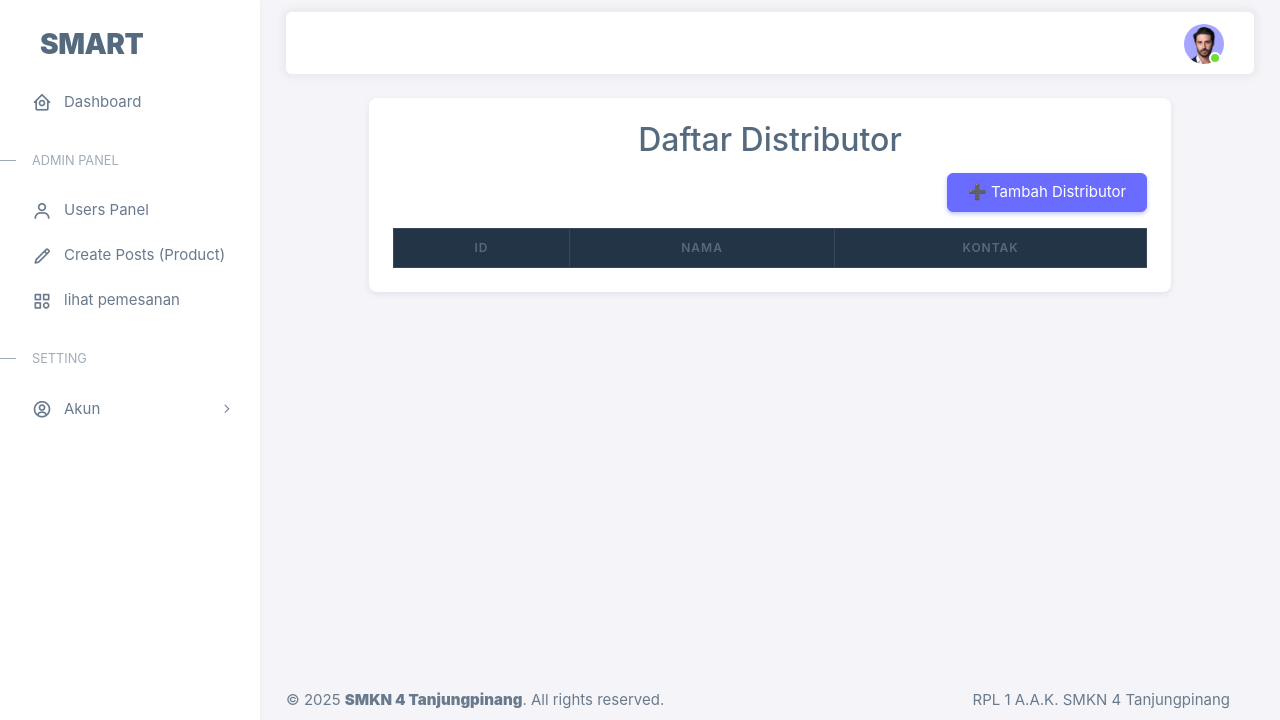
Repository: athalantis/SMart
Page: http://localhost/distributor.php
An editor plug-in stored every save of this project. The page is shown before and after the next save, followed by the edit.
The browser window is 1280 px wide. The pictures show the whole page.
Some web fonts or font styles are not loaded; a fallback is used. The page is run by PHP 8.4 with error messages shown; the project is at /var/www/html/. The session is filled in as if someone had signed in: {"username": "testuser", "name": "Test User", "role": "admin", "user_id": 1}. Other server files are loaded and not shown. Queries for data that is not in the repository find no rows.

Above is the page before, as saved 2025-03-28 13:09:09.

### distributor.php
<?php
include ("config.php"); // Koneksi database
include (".includes/header.php");

$title = "Admin's Dashboard";

// Notifikasi (jika ada)
include '.includes/toast_notification.php';

// **Ambil Data Distributor**
$distributors = [];
$result = $conn->query("SELECT * FROM distributor");

if ($result->num_rows > 0) {
    while ($row = $result->fetch_assoc()) {
        $distributors[] = $row;
    }
}

// **Handle Insert Data Distributor**
if ($_SERVER["REQUEST_METHOD"] === "POST") {
    $nama = $_POST['nama'] ?? '';
    $kontak = $_POST['kontak'] ?? '';

    if (!empty($nama)) {
        $stmt = $conn->prepare("INSERT INTO distributor (nama, kontak) VALUES (?, ?)");
        $stmt->bind_param("ss", $nama, $kontak);

        if ($stmt->execute()) {
            echo "success";
        } else {
            echo "error: " . $stmt->error;
        }

        $stmt->close();
        $conn->close();
        exit;
    } else {
        echo "error: Nama tidak boleh kosong!";
        exit;
    }
}
?>

<div class="container-fluid mt-4">
    <div class="row justify-content-center">
        <div class="col-lg-10">
            <div class="card p-4">
                <h2 class="mb-3 text-center">Daftar Distributor</h2>
                <div class="d-flex justify-content-end mb-3">
                    <button onclick="openModal()" class="btn btn-primary">➕ Tambah Distributor</button>
                </div>

                <table class="table table-bordered table-striped table-hover">
                    <thead class="table-dark text-center">
                        <tr>
                            <th>ID</th>
                            <th>Nama</th>
                            <th>Kontak</th>
                        </tr>
                    </thead>
                    <tbody>
                        <?php foreach ($distributors as $d): ?>
                            <tr>
                                <td class="text-center"><?= $d['distributor_id'] ?></td>
                                <td><?= htmlspecialchars($d['nama']) ?></td>
                                <td class="text-center"><?= htmlspecialchars($d['kontak']) ?></td>
                            </tr>
                        <?php endforeach; ?>
                    </tbody>
                </table>
            </div>
        </div>
    </div>
</div>

<!-- Modal Tambah Distributor -->
<div class="modal fade" id="modalTambah" tabindex="-1">
    <div class="modal-dialog modal-dialog-centered">
        <div class="modal-content">
            <div class="modal-header">
                <h5 class="modal-title">Tambah Distributor</h5>
                <button type="button" class="btn-close" data-bs-dismiss="modal"></button>
            </div>
            <div class="modal-body">
                <form id="formTambah">
                    <div class="mb-3">
                        <label class="form-label">Nama Distributor</label>
                        <input type="text" name="nama" class="form-control" required>
                    </div>
                    <div class="mb-3">
                        <label class="form-label">Kontak</label>
                        <input type="text" name="kontak" class="form-control">
                    </div>
                    <div class="text-end">
                        <button type="button" onclick="tambahDistributor()" class="btn btn-success">Simpan</button>
                        <button type="button" class="btn btn-secondary" data-bs-dismiss="modal">Batal</button>
                    </div>
                </form>
            </div>
        </div>
    </div>
</div>

<script>
    function openModal() {
        let modal = new bootstrap.Modal(document.getElementById("modalTambah"));
        modal.show();
    }

    function tambahDistributor() {
        let form = document.getElementById("formTambah");
        let formData = new FormData(form);

        fetch("distributor.php", {
            method: "POST",
            body: formData
        })
        .then(response => response.text())
        .then(data => {
            if (data.trim() === "success") {
                alert("✅ Distributor berhasil ditambahkan!");
                location.reload();
            } else {
                alert("❌ Error: " + data);
            }
        })
        .catch(error => alert("❌ Request gagal: " + error));
    }
</script>

<?php include (".includes/footer.php"); ?>

### config.php
<?php

$host = "localhost";
$username = "root";
$password = "";
$database = "smart";

$conn = mysqli_connect($host, $username, $password, $database);

if ($conn->connect_error) {
    die("database gagal terkoneksi: " . $conn->connect_error);
}

?>

### .includes/header.php
<?php
// Memasukkan file konfigurasi database
include 'config.php';
// Memasukkan file init session
include "init_session.php";
?>

<!DOCTYPE html>
<html lang="en">
  <head>
    <meta charset="utf-8" />
    <meta name="viewport" content="width=device-width,
    initial-scale=1.0, user-scalable=no, minimum-scale=1.0, maximum-scale=1.0"
    />

    <title>Dashboard &mdash; SMart Market</title>
    <!-- Favicon -->
    <link rel="icon" type="image/x-icon" href="assets/img/favicon/favicon.ico" />
    <!-- Fonts -->
    <link href="https://fonts.googleapis.com/css2?family=Public+Sans:ital,wght@0,300;0,400;0,500;0,600;0,700;1,300;1,400;1,500;1,600;1,700&display=swap" rel="stylesheet" />
    <link rel="stylesheet" href="assets/vendor/fonts/boxicons.css" />

    <!-- Core CSS -->
    <link rel="stylesheet" href="assets/vendor/css/core.css" class="template-customizer-core-css" />
    <link rel="stylesheet" href="assets/vendor/css/theme-default.css" class="template-customizer-theme-css" />
    <link rel="stylesheet" href="assets/css/styles.css" />

    <!-- Vendors CSS -->
    <link rel="stylesheet" href="assets/vendor/css/dataTables.bootstrap5.min.css">
    <link rel="stylesheet" href="assets/vendor/libs/perfect-scrollbar/perfect-scrollbar.css" />
    <!-- Page CSS -->
    <!-- Summernote CSS and JS -->
    <link rel="stylesheet" href="assets/vendor/css/summernote.min.css">
    <!-- Helpers -->
    <script src="assets/vendor/js/helpers.js"></script>
    <!--! Template customizer & Theme config files MUST be included after core stylesheets and helpers.js in the <head> section -->
    <!--? Config:  Mandatory theme config file contain global vars & default theme options, Set your preferred theme option in this file.  -->
    <script src="assets/js/config.js"></script>
  </head>
  <body>
    <!-- Layout wrapper -->
    <div class="layout-wrapper layout-content-navbar">
      <div class="layout-container">
        <?php include "sidemenu.php"; ?>
        <!-- Layout container -->
        <div class="layout-page">
          <?php include "navbar.php"; ?>
          <!-- Content wrapper -->
          <div class="content-wrapper">
            <!-- Content -->

### .includes/init_session.php
<?php
// Pastikan hanya memulai sesi jika belum dimulai
if (session_status() === PHP_SESSION_NONE) {
    session_start();
}

// Cek apakah session sudah diset sebelum mengaksesnya
$userId = $_SESSION["user_id"] ?? null;
$name = $_SESSION["name"] ?? null;
$role = $_SESSION["role"] ?? null;

// Notifikasi hanya ditampilkan sekali, lalu dihapus
if (!empty($_SESSION['notification'])) {
    $notification = $_SESSION['notification'];
    unset($_SESSION['notification']);
} else {
    $notification = null;
}

// Perbaikan logika pengecekan login
if (!$userId || !$role) {
    $_SESSION['notification'] = [
        'type' => 'danger',
        'message' => 'Silakan login terlebih dahulu!'
    ];
    header('Location: ./auth/login.php');
    exit();
}

### .includes/sidemenu.php
<?php
// Mulai output buffering agar tidak ada output sebelum header()
ob_start();

// Mulai session jika belum dimulai
if (session_status() === PHP_SESSION_NONE) {
    session_start();
}

// Pastikan role pengguna ada di session
include "init_session.php"; // Pastikan tidak ada output dalam file ini
$role = $_SESSION['role'] ?? 'user'; // Default role jika tidak ada
?>

<!-- Menu -->
<aside id="layout-menu" class="layout-menu menu-vertical menu bg-menu-theme">
    <div class="app-brand demo">
      <a href="<?= ($role === 'admin') ? 'dashmind.php' : 'dashboard.php'; ?>" class="app-brand-link">
        <span class="app-brand-text demo menu-text fw-bolder ms-2 text-uppercase">SMart</span>
      </a>
      <a href="javascript:void(0);" class="layout-menu-toggle menu-link text-large ms-auto d-block d-xl-none">
        <i class="bx bx-chevron-left bx-sm align-middle"></i>
      </a>
    </div>
    <div class="menu-inner-shadow"></div>

    <ul class="menu-inner py-1">
        <!-- Dashboard -->
        <li class="menu-item">
          <a href="<?= ($role === 'admin') ? 'dashmind.php' : 'dashboard.php'; ?>" class="menu-link">
            <i class="menu-icon tf-icons bx bx-home-circle"></i>
            <div data-i18n="Analytics">Dashboard</div>
          </a>
        </li>

        <?php if ($role !== 'admin') : ?>
        <li class="menu-header small text-uppercase"><span class="menu-header-text">Main</span></li>

        <li class="menu-item">
            <a href="javascript:void(0);" class="menu-link menu-toggle">
              <i class="menu-icon tf-icons bx bx-receipt"></i>
              <div data-i18n="Posts">Pemesanan</div>
            </a>
            <ul class="menu-sub">
              <li class="menu-item">
                <a href="kategori.php" class="menu-link">
                  <div data-i18n="Input groups">Status pesanan</div>
                </a>
              </li>
              <li class="menu-item">
                <a href="kategori.php" class="menu-link">
                  <div data-i18n="Input groups">Riwayat pemesanan</div>
                </a>
              </li>
            </ul>
        </li>

        <li class="menu-item">
            <a href="javascript:void(0);" class="menu-link menu-toggle">
              <i class="menu-icon tf-icons bx bx-cart-alt"></i>
              <div data-i18n="Posts">Produk</div>
            </a>
            <ul class="menu-sub">
              <li class="menu-item">
                <a href="posts.php" class="menu-link">
                  <div data-i18n="Basic Inputs">Checkout</div>
                </a>
              </li>
              <li class="menu-item">
                <a href="kategori.php" class="menu-link">
                  <div data-i18n="Input groups">Kategori</div>
                </a>
              </li>
              <li class="menu-item">
                <a href="kategori.php" class="menu-link">
                  <div data-i18n="Input groups">Mall</div>
                </a>
              </li>
            </ul>
        </li>
        <?php endif; ?>

        <?php if ($role === 'admin') : ?>
        <li class="menu-header small text-uppercase"><span class="menu-header-text">Admin Panel</span></li>

        <li class="menu-item">
            <a href="users.php" class="menu-link">
              <i class="menu-icon tf-icons bx bx-user"></i>
              <div data-i18n="Users Panel">Users Panel</div>
            </a>
        </li>

        <li class="menu-item">
            <a href="products.php" class="menu-link">
              <i class="menu-icon tf-icons bx bx-pencil"></i>
              <div data-i18n="Create Post">Create Posts (Product)</div>
            </a>
        </li>

        <li class="menu-item">
            <a href="pemesanan_index.php" class="menu-link">
              <i class="menu-icon tf-icons bx bx-category"></i>
              <div data-i18n="Create Category">lihat pemesanan</div>
            </a>
        </li>
        <?php endif; ?>

        <!-- Setting -->
        <li class="menu-header small text-uppercase"><span class="menu-header-text">Setting</span></li>
        <li class="menu-item">
            <a href="javascript:void(0);" class="menu-link menu-toggle">
              <i class="menu-icon tf-icons bx bx-user-circle"></i>
              <div data-i18n="Posts">Akun</div>
            </a>
            <ul class="menu-sub">
              <li class="menu-item">
                <a href="kategori.php" class="menu-link">
                  <div data-i18n="Input groups">Pengaturan akun</div>
                </a>
              </li>
              <li class="menu-item">
                <a href="logout.php" class="menu-link">
                  <div data-i18n="Input groups">Logout</div>
                </a>
              </li>
            </ul>
        </li>
    </ul>
</aside>
<!-- / Menu -->

<?php
// Akhiri output buffering
ob_end_flush();
?>

### .includes/navbar.php
<!-- Navbar -->
<nav class="layout-navbar container-xxl navbar navbar-expand-xl
navbar-detached align-items-center bg-navbar-theme" id="layout-navbar">
  <div class="layout-menu-toggle navbar-nav align-items-xl-center me-3 me-xl-0 d-xl-none">
    <a class="nav-item nav-link px-0 me-xl-4" href="javascript:void(0)">
      <i class="bx bx-menu bx-sm"></i>
    </a>
  </div>
  <div class="navbar-nav-right d-flex align-items-center" id="navbar-collapse">
    <ul class="navbar-nav flex-row align-items-center ms-auto">
      <!-- User -->
      <li class="nav-item navbar-dropdown dropdown-user dropdown">
        <a class="nav-link dropdown-toggle hide-arrow" href="javascript:void(0);" data-bs-toggle="dropdown">
          <div class="avatar avatar-online">
            <img src="assets/img/avatars/1.png" alt class="w-px-40 h-auto rounded-circle" />
          </div>
        </a>
        <ul class="dropdown-menu dropdown-menu-end">
          <li>
            <a class="dropdown-item" href="#">
              <div class="d-flex">
                <div class="flex-shrink-0 me-3">
                  <div class="avatar avatar-online">
                    <img src="assets/img/avatars/1.png" alt class="w-px-40 h-auto rounded-circle" />
                  </div>
                </div>
                <div class="flex-grow-1">
                  <span class="fw-semibold d-block"><?php echo $name; ?></span>
                  <small class="text-muted"><?php echo $role; ?></small>
                </div>
              </div>
            </a>
          </li>
          <li>
            <div class="dropdown-divider"></div>
          </li>
          <li>
            <a class="dropdown-item" href="auth/logout.php">
              <i class="bx bx-power-off me-2"></i>
              <span class="align-middle">Log Out</span>
            </a>
          </li>
        </ul>
      </li>
      <!--/ User -->
    </ul>
  </div>
</nav>
<!-- / Navbar -->

### .includes/toast_notification.php
<!-- Bootstrap Toast -->
<?php if ($notification): ?>
  <div id="notifikasi" class="bs-toast toast fade bg-<?= $notification['type'] ?> position-absolute m-3 end-0" role="alert" data-bs-autohide="true">
    <div class="toast-header">
      <i class="bx bx-bell me-2"></i>
      <strong class="me-auto"><?= $notification['title'] ?? 'Notifikasi' ?></strong>
      <button type="button" class="btn-close" data-bs-dismiss="toast" aria-label="Close"></button>
    </div>
    <div class="toast-body">
      <?= $notification['message'] ?>
    </div>
  </div>
<?php endif; ?>

<script>
  document.addEventListener('DOMContentLoaded', function () {
    const toastEl = document.getElementById('notifikasi');
    if (toastEl) {
      const toast = new bootstrap.Toast(toastEl);
      toast.show();
    }
  });
</script>

### .includes/footer.php
            <!-- Footer -->
            <footer class="content-footer footer bg-footer-theme">
              <div class="container-xxl d-flex flex-wrap justify-content-between py-2 flex-md-row flex-column">
                <div class="mb-2 mb-md-0">
                  ©
                  <script>
                    document.write(new Date().getFullYear());
                  </script>
                  <a href="#" target="_blank" class="footer-link fw-bolder">SMKN 4 Tanjungpinang</a>.
                  All rights reserved.
                </div>
                <div>
                  <a href="#" target="_blank" class="footer-link me-4">RPL 1 A.A.K. SMKN 4 Tanjungpinang</a>
                </div>
              </div>
            </footer>
            <!-- / Footer -->
            <div class="content-backdrop fade"></div>
          </div>
          <!-- Content wrapper -->
        </div>
        <!-- / Layout page -->
      </div>
      <!-- Overlay -->
      <div class="layout-overlay layout-menu-toggle"></div>
    </div>
    <!-- / Layout wrapper -->

    <!-- Core JS -->
    <!-- build:js assets/vendor/js/core.js -->
    <script src="assets/vendor/libs/jquery/jquery.js"></script>
    <script src="assets/vendor/js/bootstrap.bundle.min.js"></script>
    <script src="assets/vendor/libs/perfect-scrollbar/perfect-scrollbar.js"></script>
    <script src="assets/vendor/js/menu.js"></script>
    <!-- endbuild -->
    <!-- Main JS -->
    <script src="assets/js/main.js"></script>
    <!-- Datatables JS -->
    <script src="assets/vendor/libs/datatables/jquery.dataTables.min.js"></script>
    <script src="assets/vendor/libs/datatables/dataTables.bootstrap5.min.js"></script>
    <script src="assets/vendor/libs/datatables/datatables.js"></script>
    <!-- Summernote JS -->
    <script src="assets/vendor/libs/summernote/summernote.min.js" defer></script>
    <script src="assets/vendor/libs/summernote/summernote.js" defer></script>
    <!-- Active State JS -->
    <script src="assets/js/active-state-nav.js"></script>
</body>
</html>

### assets/css/styles.css
/*
* demo.css
* File include item demo only specific css only
******************************************************************************/

.menu .app-brand.demo {
  height: 64px;
  margin-top: 12px;
}

.app-brand-logo.demo svg {
  width: 22px;
  height: 38px;
}

.app-brand-text.demo {
  font-size: 1.75rem;
  letter-spacing: -0.5px;
  text-transform: lowercase;
}

/* ! For .layout-navbar-fixed added fix padding top tpo .layout-page */
/* Detached navbar */
.layout-navbar-fixed .layout-wrapper:not(.layout-horizontal):not(.layout-without-menu) .layout-page {
  padding-top: 76px !important;
}
/* Default navbar */
.layout-navbar-fixed .layout-wrapper:not(.layout-without-menu) .layout-page {
  padding-top: 64px !important;
}

/* Navbar page z-index issue solution */
.content-wrapper .navbar {
  z-index: auto;
}

/*
* Content
******************************************************************************/

.demo-blocks > * {
  display: block !important;
}

.demo-inline-spacing > * {
  margin: 1rem 0.375rem 0 0 !important;
}

/* ? .demo-vertical-spacing class is used to have vertical margins between elements. To remove margin-top from the first-child, use .demo-only-element class with .demo-vertical-spacing class. For example, we have used this class in forms-input-groups.html file. */
.demo-vertical-spacing > * {
  margin-top: 1rem !important;
  margin-bottom: 0 !important;
}
.demo-vertical-spacing.demo-only-element > :first-child {
  margin-top: 0 !important;
}

.demo-vertical-spacing-lg > * {
  margin-top: 1.875rem !important;
  margin-bottom: 0 !important;
}
.demo-vertical-spacing-lg.demo-only-element > :first-child {
  margin-top: 0 !important;
}

.demo-vertical-spacing-xl > * {
  margin-top: 5rem !important;
  margin-bottom: 0 !important;
}
.demo-vertical-spacing-xl.demo-only-element > :first-child {
  margin-top: 0 !important;
}

.rtl-only {
  display: none !important;
  text-align: left !important;
  direction: ltr !important;
}

[dir='rtl'] .rtl-only {
  display: block !important;
}

/*
* Layout demo
******************************************************************************/

.layout-demo-wrapper {
  display: -webkit-box;
  display: -ms-flexbox;
  display: flex;
  -webkit-box-align: center;
  -ms-flex-align: center;
  align-items: center;
  -webkit-box-orient: vertical;
  -webkit-box-direction: normal;
  -ms-flex-direction: column;
  flex-direction: column;
  margin-top: 1rem;
}
.layout-demo-placeholder img {
  width: 900px;
}
.layout-demo-info {
  text-align: center;
  margin-top: 1rem;
}

### assets/js/config.js
/**
 * Config
 * -------------------------------------------------------------------------------------
 * ! IMPORTANT: Make sure you clear the browser local storage In order to see the config changes in the template.
 * ! To clear local storage: (https://www.leadshook.com/help/how-to-clear-local-storage-in-google-chrome-browser/).
 */

'use strict';

// JS global variables
let config = {
  colors: {
    primary: '#696cff',
    secondary: '#8592a3',
    success: '#71dd37',
    info: '#03c3ec',
    warning: '#ffab00',
    danger: '#ff3e1d',
    dark: '#233446',
    black: '#000',
    white: '#fff',
    body: '#f4f5fb',
    headingColor: '#566a7f',
    axisColor: '#a1acb8',
    borderColor: '#eceef1'
  }
};

### assets/js/active-state-nav.js
    // Get the current page URL
    var currentUrl = window.location.href;
    // Iterate through each menu item and check if the href matches the current URL
    document.querySelectorAll('.menu-item').forEach(function(item) {
      var link = item.querySelector('a');
      if (link && link.href === currentUrl) {
        item.classList.add('active');
      }
    });

Loaded but not shown: assets/js/main.js (118 lines, source omitted)

After the next save:
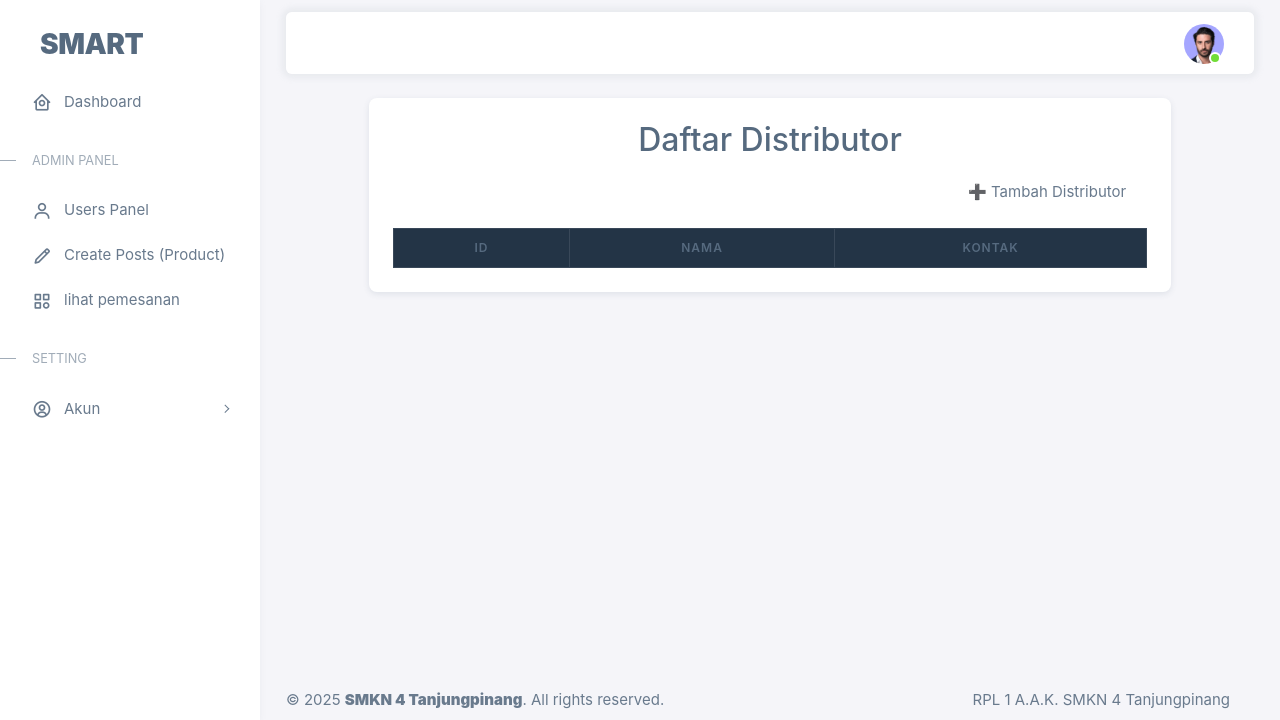
Saved 39 s later.
--- a/distributor.php
+++ b/distributor.php
@@ -1,45 +1,15 @@
 <?php
-include ("config.php"); // Koneksi database
-include (".includes/header.php");
+include("config.php"); // Koneksi ke database
+include(".includes/header.php");
 
 $title = "Admin's Dashboard";
 
 // Notifikasi (jika ada)
-include '.includes/toast_notification.php';
+include('.includes/toast_notification.php');
 
-// **Ambil Data Distributor**
-$distributors = [];
+// Ambil data distributor dari database
 $result = $conn->query("SELECT * FROM distributor");
-
-if ($result->num_rows > 0) {
-    while ($row = $result->fetch_assoc()) {
-        $distributors[] = $row;
-    }
-}
-
-// **Handle Insert Data Distributor**
-if ($_SERVER["REQUEST_METHOD"] === "POST") {
-    $nama = $_POST['nama'] ?? '';
-    $kontak = $_POST['kontak'] ?? '';
-
-    if (!empty($nama)) {
-        $stmt = $conn->prepare("INSERT INTO distributor (nama, kontak) VALUES (?, ?)");
-        $stmt->bind_param("ss", $nama, $kontak);
-
-        if ($stmt->execute()) {
-            echo "success";
-        } else {
-            echo "error: " . $stmt->error;
-        }
-
-        $stmt->close();
-        $conn->close();
-        exit;
-    } else {
-        echo "error: Nama tidak boleh kosong!";
-        exit;
-    }
-}
+$distributors = $result->fetch_all(MYSQLI_ASSOC);
 ?>
 
 <div class="container-fluid mt-4">
@@ -48,7 +18,7 @@ if ($_SERVER["REQUEST_METHOD"] === "POST") {
             <div class="card p-4">
                 <h2 class="mb-3 text-center">Daftar Distributor</h2>
                 <div class="d-flex justify-content-end mb-3">
-                    <button onclick="openModal()" class="btn btn-primary">➕ Tambah Distributor</button>
+                    <button onclick="openModal()" class="btn btn-soft-primary">➕ Tambah Distributor</button>
                 </div>
 
                 <table class="table table-bordered table-striped table-hover">
@@ -112,12 +82,14 @@ if ($_SERVER["REQUEST_METHOD"] === "POST") {
         let form = document.getElementById("formTambah");
         let formData = new FormData(form);
 
-        fetch("distributor.php", {
+        fetch("insert_distributor.php", {
             method: "POST",
             body: formData
         })
         .then(response => response.text())
         .then(data => {
+            console.log("Response dari server:", data);
+
             if (data.trim() === "success") {
                 alert("✅ Distributor berhasil ditambahkan!");
                 location.reload();
@@ -125,8 +97,11 @@ if ($_SERVER["REQUEST_METHOD"] === "POST") {
                 alert("❌ Error: " + data);
             }
         })
-        .catch(error => alert("❌ Request gagal: " + error));
+        .catch(error => {
+            console.error("Request gagal:", error);
+            alert("❌ Request gagal: " + error);
+        });
     }
 </script>
 
-<?php include (".includes/footer.php"); ?>
+<?php include(".includes/footer.php"); ?>
